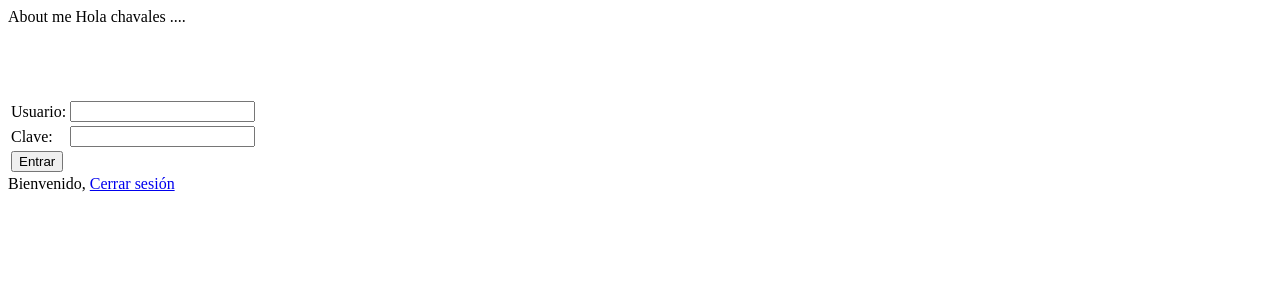
Repository: alruis/IJavaDreamBlog
Page: http://localhost/IJavaBlog/jsp/blog/enlaces.jsp
These files come from the project's save history. The page is drawn as it stood at one moment and after the next save; the edit follows.
The browser window is 1280 px wide. The pictures show the whole page.
The page is served by Tomcat 9. Nobody is signed in. The application's start-up code is not run. Other server files are loaded and not shown.

Above is the page before, as saved 2014-09-26 14:34:27.

### IJavaBlog/WebContent/jsp/blog/enlaces.jsp
<%@ page language="java" contentType="text/html; charset=UTF-8"
    pageEncoding="UTF-8"%>
<div id="enlaces">
<div>
	About me	Hola chavales ....
</div>
	</br>
	</br>

	</br>
	</br>
	<div>
	<form action="autenticar.blog" method="post">

		<c:choose>
			<c:when test="${empty sessionScope.usuario}">
				<table>
				<tr><td>Usuario:</td><td><input type="text" name="correo"  /> 	</td></tr>
				<tr><td>Clave:</td><td> <input type="text" name="clave" /> 	</td></tr>
				<tr><td colspan=2><input type="submit" value="Entrar" />	</td></tr>
				</table>
			</c:when>
			<c:otherwise>
			<span style="text-align: right;">
				Bienvenido, ${sessionScope.usuario.correo }
				<a href="cerrarSesion.blog">Cerrar sesión</a>
			</span>
			</c:otherwise>
		</c:choose>

	</form>
	</div>
</div>

After the next save:
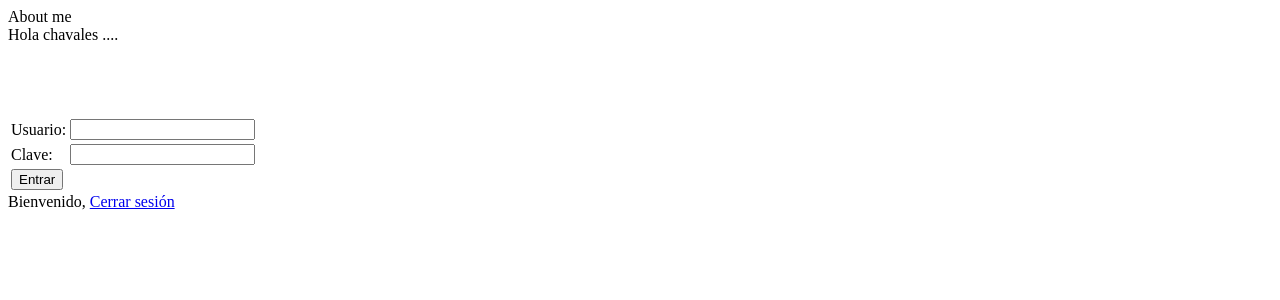
Saved 8 s later.
--- a/IJavaBlog/WebContent/jsp/blog/enlaces.jsp
+++ b/IJavaBlog/WebContent/jsp/blog/enlaces.jsp
@@ -2,7 +2,7 @@
     pageEncoding="UTF-8"%>
 <div id="enlaces">
 <div>
-	About me	Hola chavales ....
+	About me	</br> Hola chavales ....
 </div>
 	</br>
 	</br>
